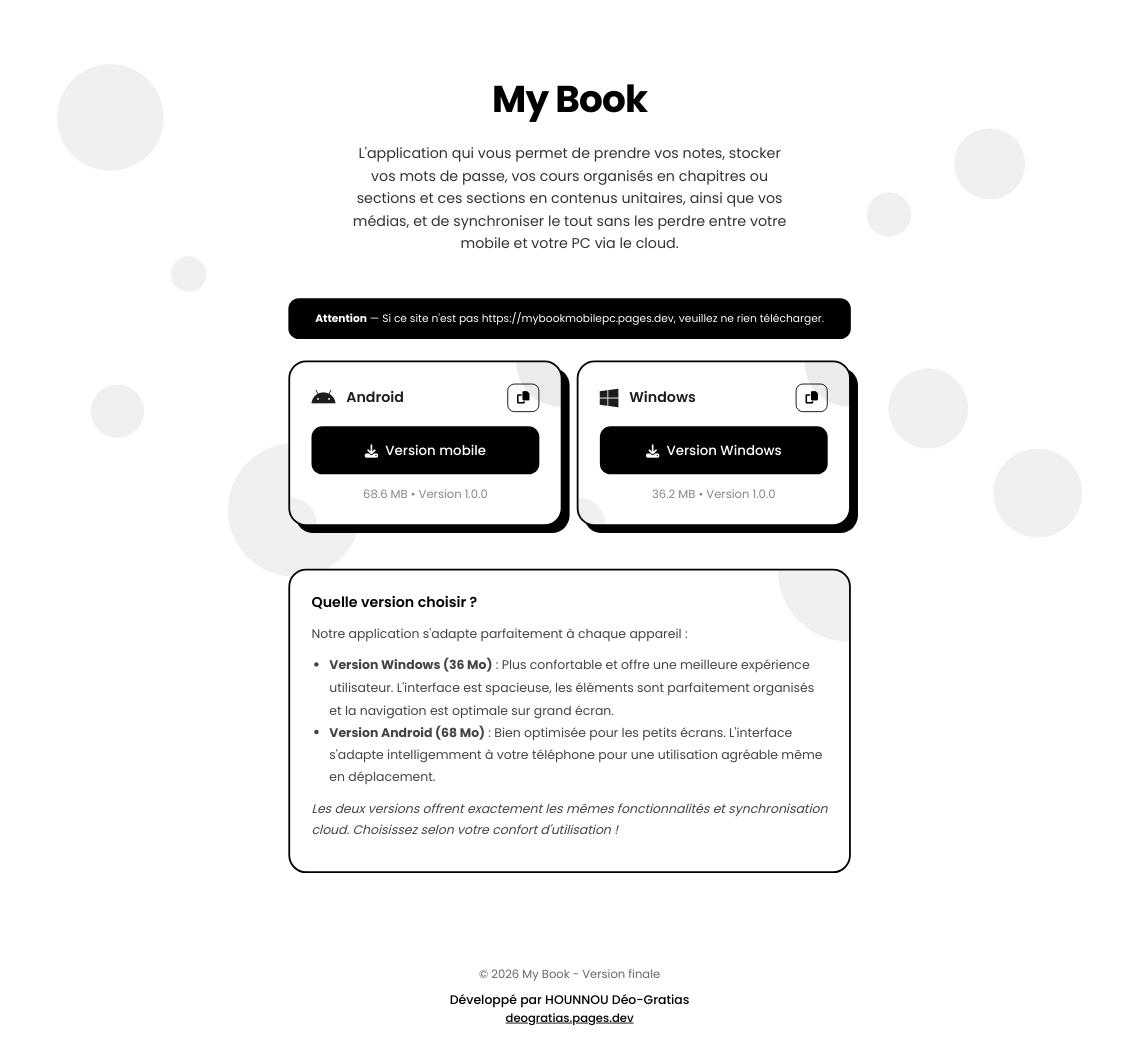
Repository: Deogratiasdev/app
Page: test.html
These files come from the project's save history. The page is drawn as it stood at one moment and after the next save; the edit follows.
The browser window is 1280 px wide. The pictures show the whole page, at 89% of full size.

Above is the page before, as saved 2026-04-12 00:32:48.

After the next save:
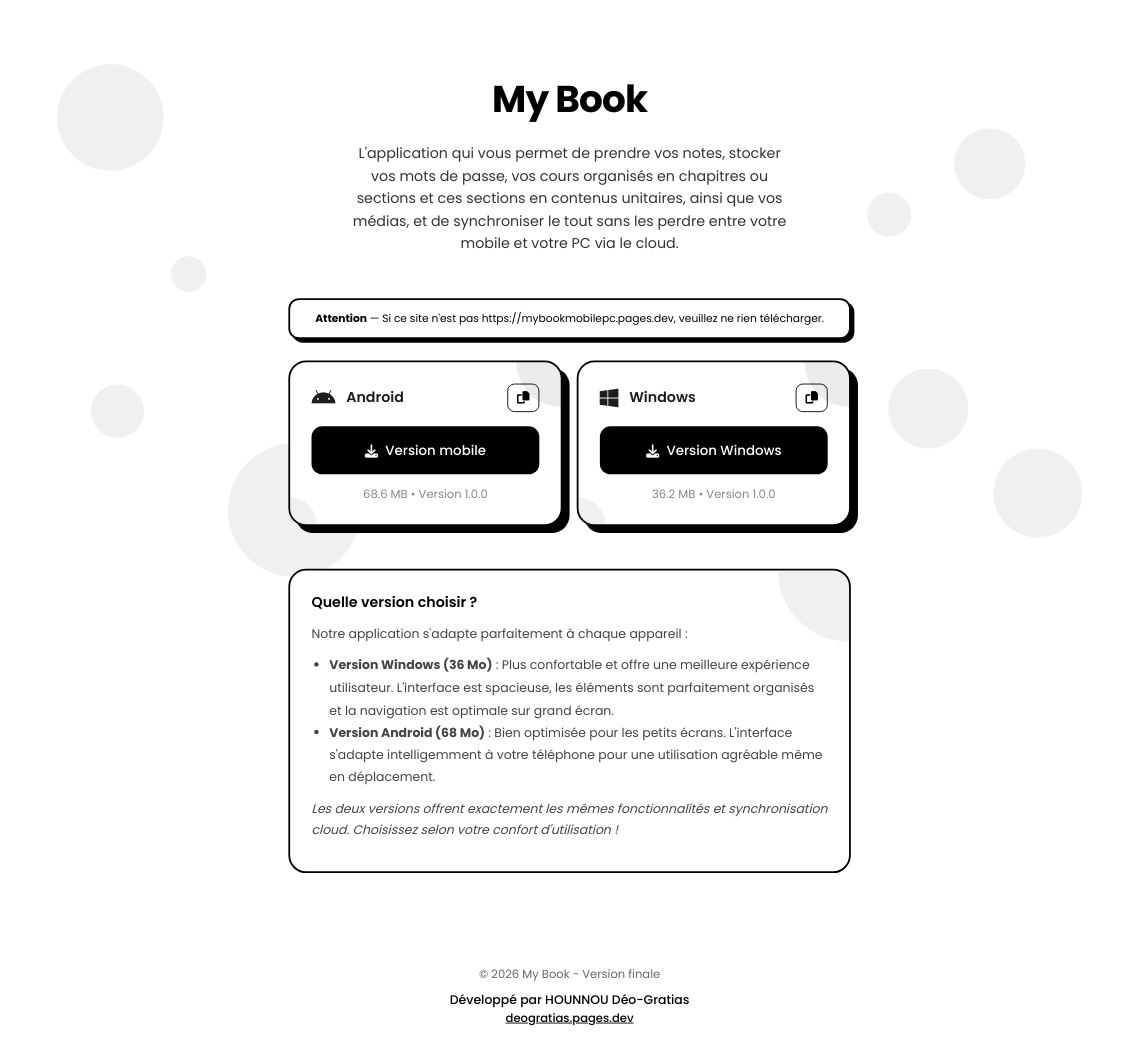
Saved 2 min 28 s later.
--- a/test.html
+++ b/test.html
@@ -34,15 +34,16 @@
             margin-bottom: 48px;
         }
         .warning-box {
-            background: #000000;
+            background: #ffffff;
             border: 2px solid #000000;
             border-radius: 12px;
             padding: 12px 16px;
             margin-bottom: 24px;
             font-size: 12px;
-            color: #ffffff;
+            color: #000000;
             text-align: center;
             line-height: 1.5;
+            box-shadow: 4px 4px 0px #000000;
         }
         h1 {
             font-size: 42px;
